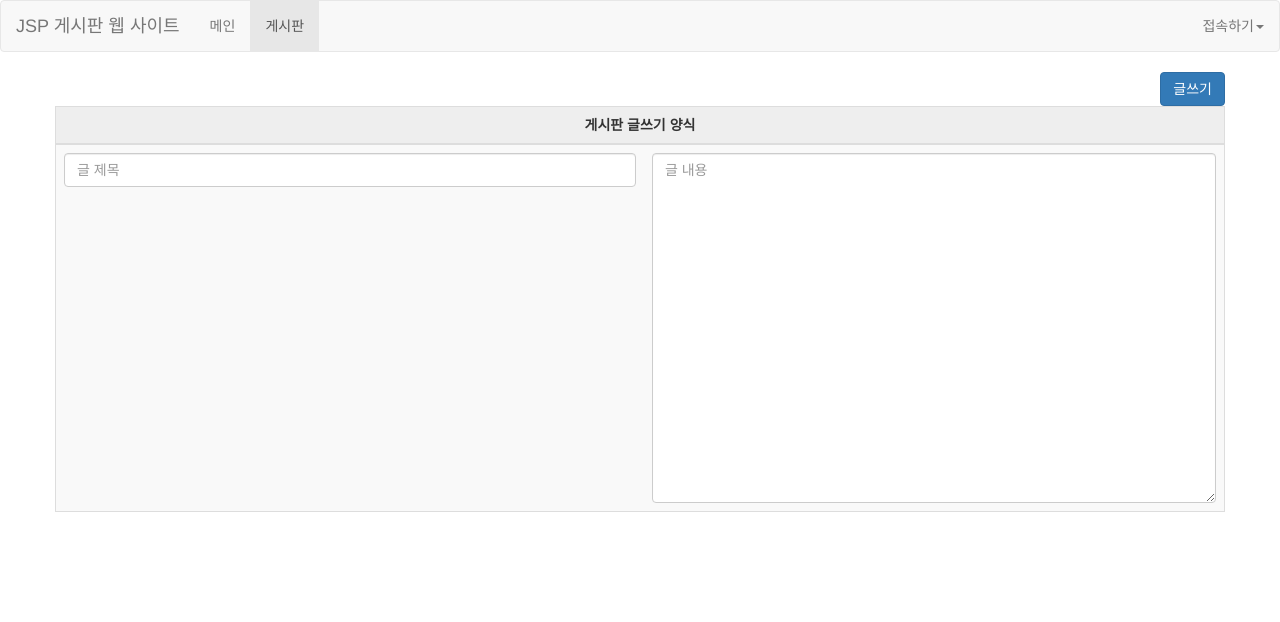
Repository: tykwon97/JSP
Page: http://localhost/BBS/view.jsp
The author's editor kept a copy of each file at every save. The page is drawn from the files as they stood at one save, then again after the next save.
The browser window is 1280 px wide. The pictures show the whole page.
Some web libraries are served in a nearby version. The page is served by Tomcat 9.

Above is the page before, as saved 2021-01-28 15:44:41.

After the next save:
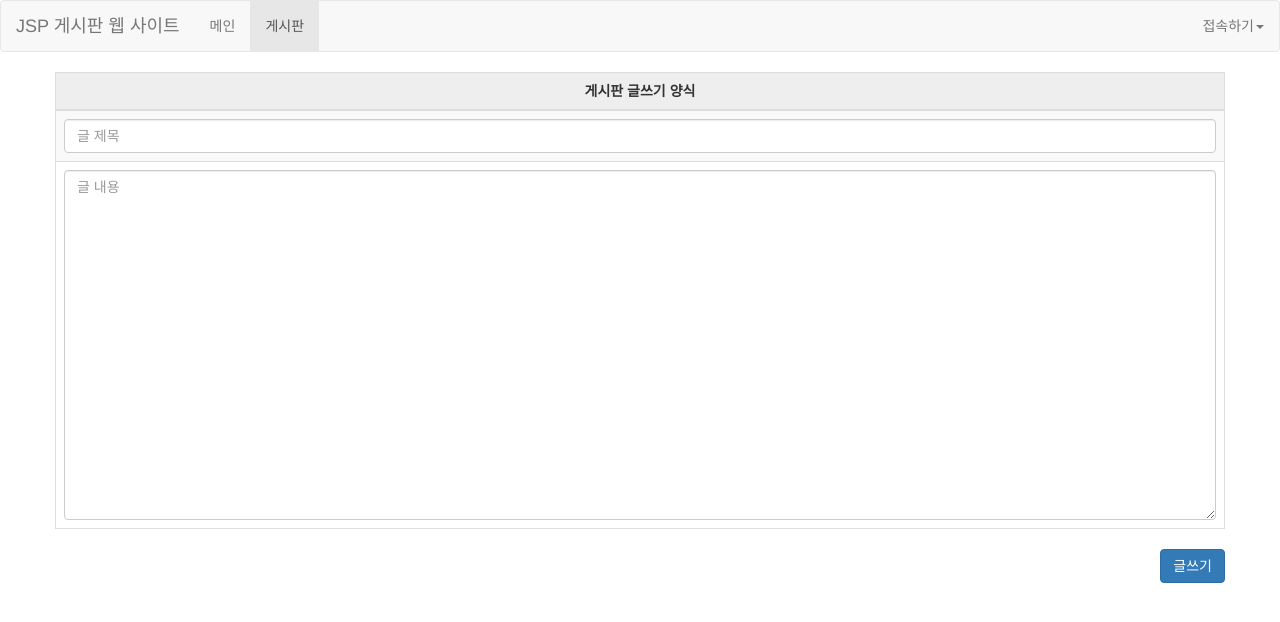
Saved 89 s later.
--- a/projects/BBS/WebContent/view.jsp
+++ b/projects/BBS/WebContent/view.jsp
@@ -81,15 +81,18 @@
 						</tr>
 					</thead>
 					<tbody>
-						<td><input type="text" class="form-control"
-							placeholder="글 제목" name="bbsTitle" maxlength="50"></td>
-						<td><textarea type="text" class="form-control"
-								placeholder="글 내용" name="bbsContent" maxlength="2048"
-								style="height: 350px;"></textarea></td>
-						<!-- textarea -> 장문의 글 작성시 사용 -->
+						<tr>
+							<td><input type="text" class="form-control"
+								placeholder="글 제목" name="bbsTitle" maxlength="50"></td>
+						</tr>
+						<tr>
+							<td><textarea class="form-control" placeholder="글 내용"
+									name="bbsContent" maxlength="2048" style="height: 350px;"></textarea></td>
+							<!-- textarea -> 장문의 글 작성시 사용 -->
+						</tr>
 					</tbody>
-					<input type="submit" class="btn btn-primary pull-right" value="글쓰기">
 				</table>
+				<input type="submit" class="btn btn-primary pull-right" value="글쓰기">
 			</form>
 		</div>
 	</div>
